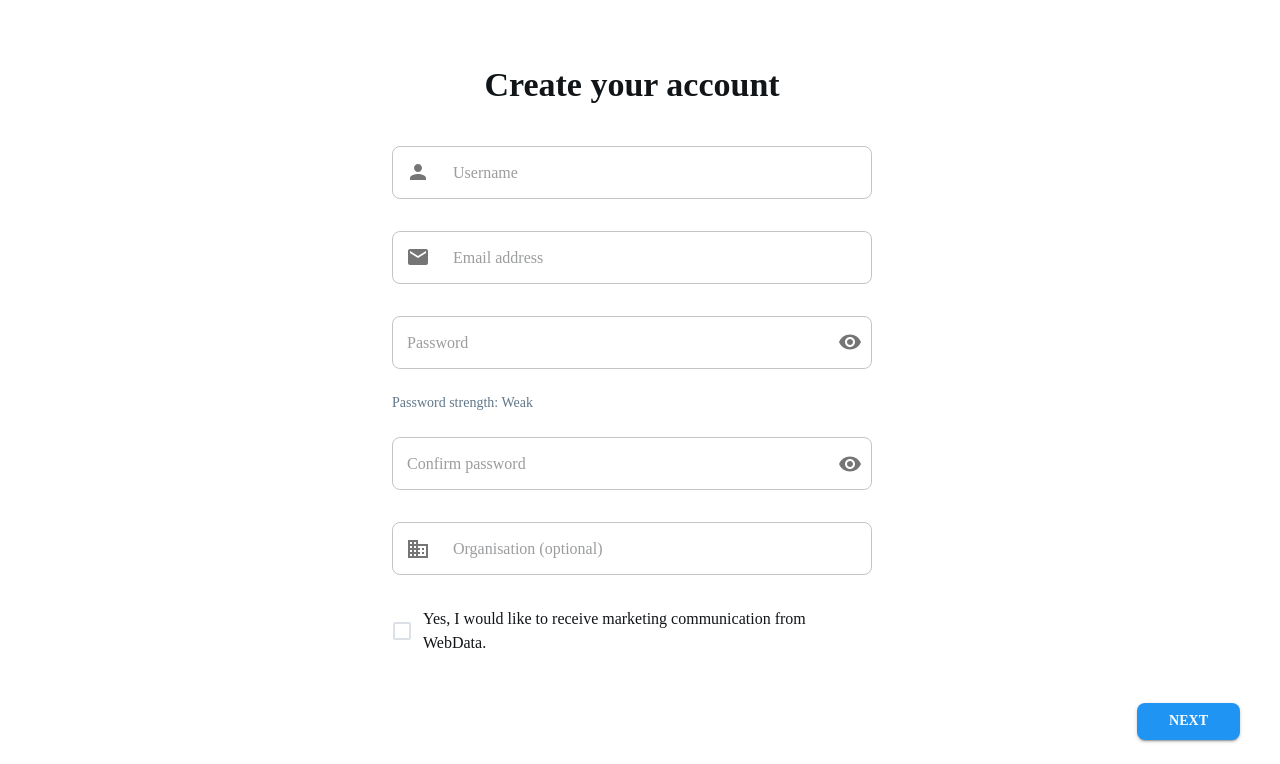
Repository: Pascal-Ahmadu/Tender-download-system
Page: /register (app in frontend/)
An editor plug-in stored every save of this project. The page is shown before and after the next save, followed by the edit.
The browser window is 1280 px wide. The pictures show the whole page.
The page's requests for data from a server got no answer. Some web fonts or font styles are not loaded; a fallback is used. The project was rebuilt for these pictures with package versions that can differ from the ones it lists, and the page was loaded fresh each time. No one was signed in, and anything a server would have sent is missing. Also part of the build but not shown: frontend/vite.config.js, frontend/src/components/pages/LoginPage.jsx.

Above is the page before, as saved 2024-07-31 07:24:38.

### frontend/index.html
<!DOCTYPE html>
<html lang="en">
  <head>
    <meta charset="UTF-8" />
    <link rel="icon" type="image/svg+xml" href="/vite.svg" />
    <link
      href="https://fonts.googleapis.com/css2?family=Bento:wght@400;700&display=swap"
      rel="stylesheet"
    />

    <meta name="viewport" content="width=device-width, initial-scale=1.0" />
    <title>Vite + React</title>
  </head>
  <body>
    <div id="root"></div>
    <script type="module" src="/src/main.jsx"></script>
  </body>
</html>

### frontend/src/main.jsx
import React from "react";
import ReactDOM from "react-dom/client";
import App from "./App.jsx";
import "./index.css";
import { AuthProvider } from "./components/contexts/AuthContext.jsx";

ReactDOM.createRoot(document.getElementById("root")).render(
  <React.StrictMode>
    <AuthProvider>
      <App />
    </AuthProvider>
  </React.StrictMode>
);

### frontend/src/App.jsx
import React from "react";
import { BrowserRouter as Router, Routes, Route } from "react-router-dom";
import LoginPage from "./components/pages/LoginPage";
import RegistrationForm from "./components/pages/RegistrationPage";
import { createTheme, ThemeProvider } from "@mui/material/styles";

// Create a theme instance
const theme = createTheme({
  typography: {
    fontFamily: "Tiempos Text, serif",
  },
});

const app = () => {
  return (
    <ThemeProvider theme={theme}>
      <Router>
        <Routes>
          <Route path="/" element={<LoginPage />} />
          <Route path="/register" element={<RegistrationForm />} />
        </Routes>
      </Router>
    </ThemeProvider>
  );
};

export default app;

### frontend/src/index.css
:root {
  font-family: "Bento", sans-serif;

  line-height: 1.5;
  font-weight: 400;

  color-scheme: white;
  color: rgba(255, 255, 255, 0.87);
  background-color: white;

  font-synthesis: none;
  text-rendering: optimizeLegibility;
  -webkit-font-smoothing: antialiased;
  -moz-osx-font-smoothing: grayscale;
}

body {
  font-family: "Merriweather", serif;
}

a {
  font-weight: 500;
  color: #646cff;
  text-decoration: inherit;
}
a:hover {
  color: #535bf2;
}

h1 {
  font-size: 3.2em;
  line-height: 1.1;
}

button {
  border-radius: 8px;
  border: 1px solid transparent;
  padding: 0.6em 1.2em;
  font-size: 1em;
  font-weight: 500;
  font-family: inherit;
  background-color: #1a1a1a;
  cursor: pointer;
  transition: border-color 0.25s;
}
button:hover {
  border-color: #646cff;
}
button:focus,
button:focus-visible {
  outline: 4px auto -webkit-focus-ring-color;
}

@media (prefers-color-scheme: light) {
  :root {
    color: #213547;
    background-color: #ffffff;
  }
  a:hover {
    color: #747bff;
  }
  button {
    background-color: #f9f9f9;
  }
}

### frontend/src/components/contexts/AuthContext.jsx
import React, { createContext, useState, useEffect, useContext } from "react";
import axios from "axios";

const API_BASE_URL = "http://localhost:5000";

axios.defaults.baseURL = API_BASE_URL;

const AuthContext = createContext();

const AuthProvider = ({ children }) => {
  const [user, setUser] = useState(null);

  // Fetch user on app load
  useEffect(() => {
    const fetchUser = async () => {
      try {
        const res = await axios.get("/api/auth/current", {
          withCredentials: true,
        });
        setUser(res.data.user);
      } catch (err) {
        console.error(err.response ? err.response.data.msg : err.message);
      }
    };

    fetchUser();
  }, []);

  const register = async (email, password) => {
    try {
      await axios.post(
        "/api/auth/register",
        { email, password },
        { withCredentials: true }
      );
      // Optionally fetch user data if needed
    } catch (err) {
      throw new Error(err.response ? err.response.data.msg : err.message);
    }
  };

  const login = async (email, password) => {
    try {
      await axios.post(
        "/api/auth/login",
        { email, password },
        { withCredentials: true }
      );
      const res = await axios.get("/api/auth/current", {
        withCredentials: true,
      });
      setUser(res.data.user);
    } catch (err) {
      throw new Error(err.response ? err.response.data.msg : err.message);
    }
  };

  const logout = async () => {
    try {
      await axios.post("/api/auth/logout", {}, { withCredentials: true });
      setUser(null);
    } catch (err) {
      console.error(err.response ? err.response.data.msg : err.message);
    }
  };

  return (
    <AuthContext.Provider value={{ user, register, login, logout }}>
      {children}
    </AuthContext.Provider>
  );
};

// Custom hook to use the AuthContext
const useAuth = () => {
  const context = useContext(AuthContext);
  if (context === undefined) {
    throw new Error("useAuth must be used within an AuthProvider");
  }
  return context;
};

export { AuthProvider, useAuth };

### frontend/src/components/pages/RegistrationPage.jsx
import React, { useState } from "react";
import {
  TextField,
  Button,
  Box,
  Typography,
  Checkbox,
  FormControlLabel,
  InputAdornment,
  IconButton,
} from "@mui/material";
import {
  Visibility,
  VisibilityOff,
  Person,
  Email,
  Business,
} from "@mui/icons-material";

function SignupForm() {
  const [showPassword, setShowPassword] = useState(false);
  const [passwordStrength, setPasswordStrength] = useState(0);

  const handleClickShowPassword = () => setShowPassword(!showPassword);

  const handlePasswordChange = (event) => {
    setPasswordStrength(event.target.value.length * 10);
  };

  return (
    <Box
      sx={{
        display: "flex",
        flexDirection: "column",
        minHeight: "100vh",
        backgroundColor: "white",
        overflow: "hidden",
      }}
    >
      <Box
        sx={{
          display: "flex",
          flexDirection: "column",
          flex: 1,
          justifyContent: "center",
          alignItems: "center",
          px: 2,
          py: 4,
        }}
      >
        <Box
          sx={{
            display: "flex",
            flexDirection: "column",
            width: "100%",
            maxWidth: "480px",
            boxSizing: "border-box",
            ml: -2, // Move the form to the left
          }}
        >
          <Typography
            variant="h4"
            sx={{
              fontWeight: "bold",
              textAlign: "center",
              color: "#111518",
              py: 3,
            }}
          >
            Create your account
          </Typography>
          <TextField
            placeholder="Username"
            fullWidth
            margin="normal"
            InputProps={{
              startAdornment: (
                <InputAdornment position="start">
                  <Person />
                </InputAdornment>
              ),
            }}
            sx={{
              "& .MuiOutlinedInput-root": {
                borderRadius: 2,
                borderColor: "#dbe1e6",
              },
              "& .MuiInputBase-input": {
                color: "#111518",
                p: "15px",
                fontSize: "1rem",
              },
              mb: 2,
            }}
          />
          <TextField
            placeholder="Email address"
            fullWidth
            margin="normal"
            InputProps={{
              startAdornment: (
                <InputAdornment position="start">
                  <Email />
                </InputAdornment>
              ),
            }}
            sx={{
              "& .MuiOutlinedInput-root": {
                borderRadius: 2,
                borderColor: "#dbe1e6",
              },
              "& .MuiInputBase-input": {
                color: "#111518",
                p: "15px",
                fontSize: "1rem",
              },
              mb: 2,
            }}
          />
          <TextField
            placeholder="Password"
            fullWidth
            type={showPassword ? "text" : "password"}
            onChange={handlePasswordChange}
            margin="normal"
            InputProps={{
              endAdornment: (
                <InputAdornment position="end">
                  <IconButton onClick={handleClickShowPassword} edge="end">
                    {showPassword ? <VisibilityOff /> : <Visibility />}
                  </IconButton>
                </InputAdornment>
              ),
            }}
            sx={{
              "& .MuiOutlinedInput-root": {
                borderRadius: 2,
                borderColor: "#dbe1e6",
              },
              "& .MuiInputBase-input": {
                color: "#111518",
                p: "15px",
                fontSize: "1rem",
              },
              mb: 2,
            }}
          />
          <Typography variant="body2" sx={{ color: "#60778a", py: 1 }}>
            Password strength:{" "}
            {passwordStrength <= 33
              ? "Weak"
              : passwordStrength <= 66
              ? "Medium"
              : "Strong"}
          </Typography>
          <TextField
            placeholder="Confirm password"
            fullWidth
            type={showPassword ? "text" : "password"}
            margin="normal"
            InputProps={{
              endAdornment: (
                <InputAdornment position="end">
                  <IconButton onClick={handleClickShowPassword} edge="end">
                    {showPassword ? <VisibilityOff /> : <Visibility />}
                  </IconButton>
                </InputAdornment>
              ),
            }}
            sx={{
              "& .MuiOutlinedInput-root": {
                borderRadius: 2,
                borderColor: "#dbe1e6",
              },
              "& .MuiInputBase-input": {
                color: "#111518",
                p: "15px",
                fontSize: "1rem",
              },
              mb: 2,
            }}
          />
          <TextField
            placeholder="Organisation (optional)"
            fullWidth
            margin="normal"
            InputProps={{
              startAdornment: (
                <InputAdornment position="start">
                  <Business />
                </InputAdornment>
              ),
            }}
            sx={{
              "& .MuiOutlinedInput-root": {
                borderRadius: 2,
                borderColor: "#dbe1e6",
              },
              "& .MuiInputBase-input": {
                color: "#111518",
                p: "15px",
                fontSize: "1rem",
              },
              mb: 2,
            }}
          />
          <FormControlLabel
            control={
              <Checkbox
                sx={{
                  color: "#dbe1e6",
                  "&.Mui-checked": {
                    color: "#2094f3",
                  },
                }}
              />
            }
            label="Yes, I would like to receive marketing communication from WebData."
            sx={{ color: "#111518", mt: 2 }}
          />
        </Box>
      </Box>
      <Box
        component="footer"
        sx={{
          display: "flex",
          justifyContent: "flex-end",
          px: 4,
          py: 2,
        }}
      >
        <Button
          variant="contained"
          sx={{
            minWidth: "84px",
            bgcolor: "#2094f3",
            color: "white",
            fontWeight: "bold",
            borderRadius: 2,
            px: 4,
            "&:hover": {
              bgcolor: "#1976d2",
            },
          }}
        >
          Next
        </Button>
      </Box>
    </Box>
  );
}

export default SignupForm;

After the next save:
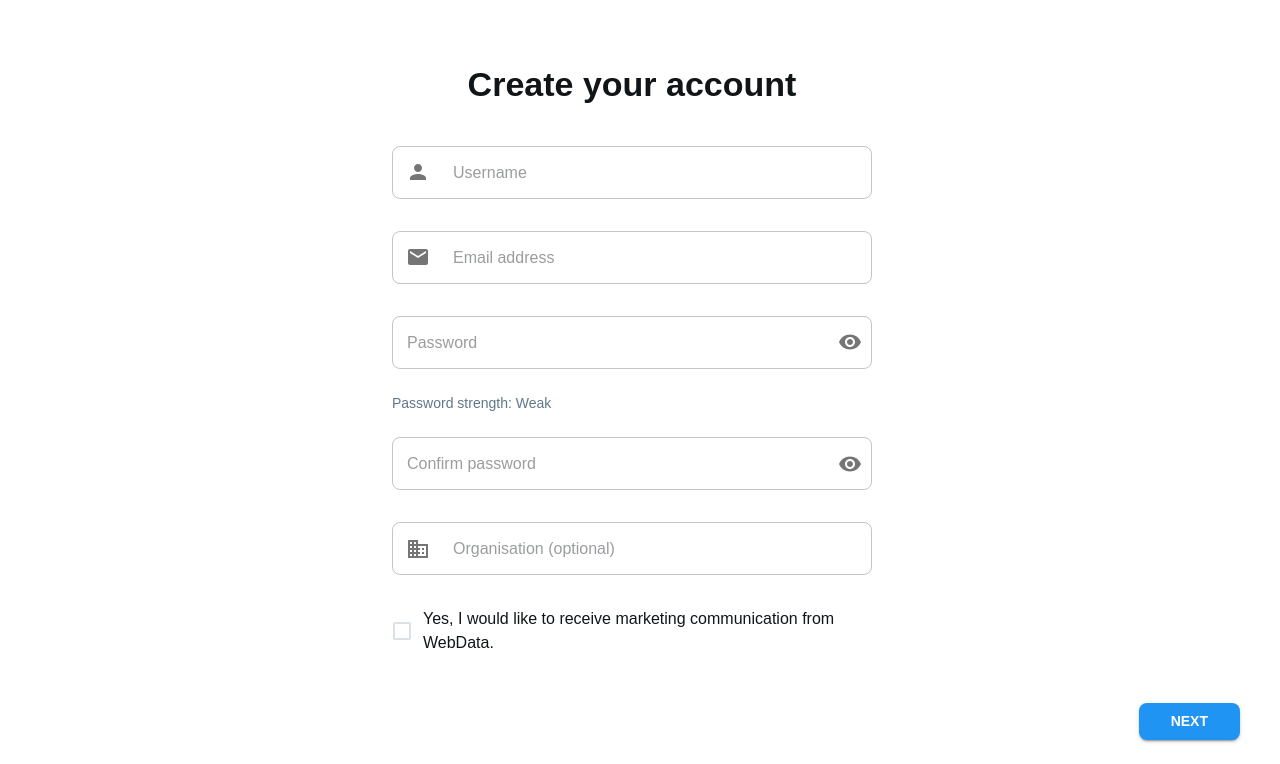
Saved 56 s later.
--- a/frontend/src/App.jsx
+++ b/frontend/src/App.jsx
@@ -7,7 +7,7 @@ import { createTheme, ThemeProvider } from "@mui/material/styles";
 // Create a theme instance
 const theme = createTheme({
   typography: {
-    fontFamily: "Tiempos Text, serif",
+    fontFamily: "Bento, sans-serif",
   },
 });
 
